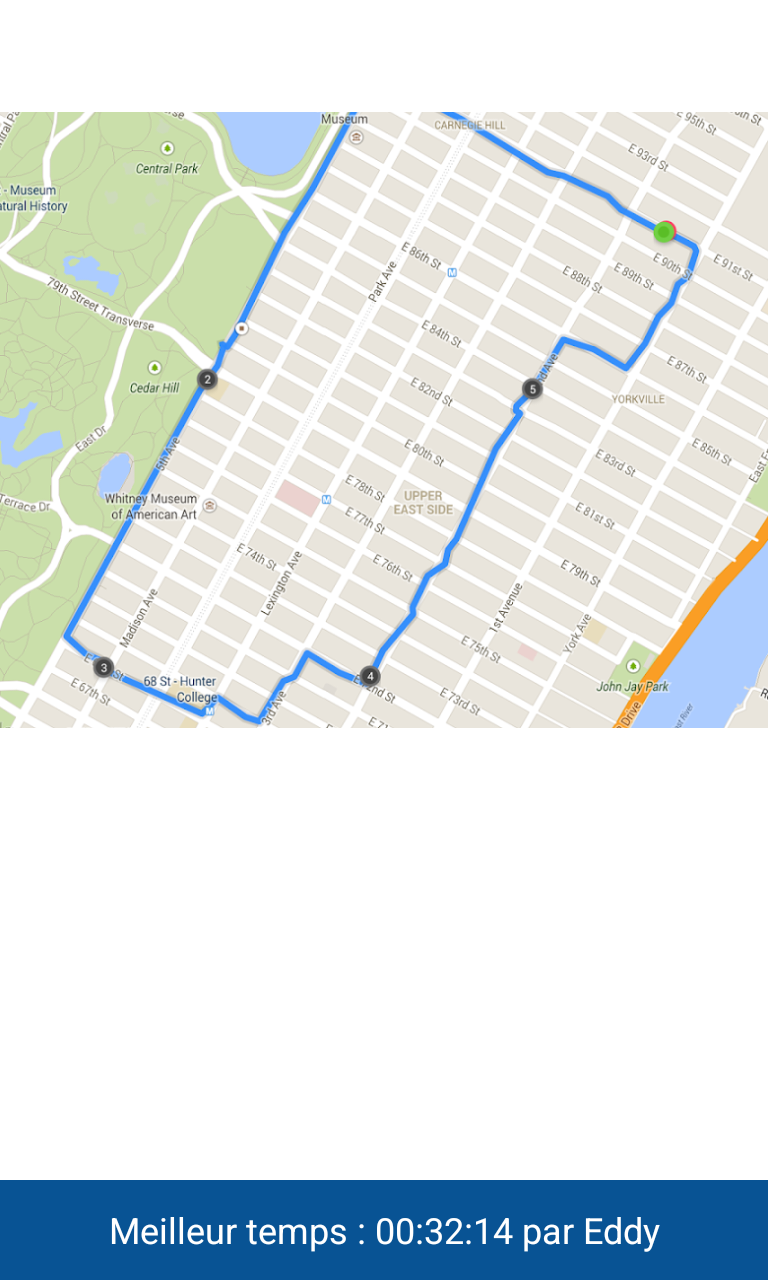
Repository: dekeym/Projet-IHM
Layout: WorkSpace/ChallengeMe/res/layout/fragment_defisterritoire.xml
These files come from the project's save history. The layout is drawn as it stood at one moment and after the next save; the edit follows.
It is drawn on a 768 x 1280 px phone screen (xhdpi) without system bars, with theme android:Theme.Holo.Light.DarkActionBar; the app's code is not run. Lists and similar views that code fills are empty.

Above is the layout before, as saved 2014-12-18 20:15:25.

### WorkSpace/ChallengeMe/res/layout/fragment_defisterritoire.xml
<?xml version="1.0" encoding="utf-8"?>
<RelativeLayout xmlns:android="http://schemas.android.com/apk/res/android"
    android:id="@+id/RelativeLayout1"
    android:layout_width="match_parent"
    android:layout_height="match_parent" >

    <ImageView
        android:id="@+id/defTerritoireimageView1"
        android:layout_width="520dp"
        android:layout_height="420dp"
        android:layout_alignParentLeft="true"
        android:layout_alignParentTop="true"
        android:src="@drawable/map" />

    <TextView
        android:id="@+id/defTerritoiretextView1"
        android:layout_width="520dp"
        android:layout_height="50dp"
        android:layout_alignParentBottom="true"
        android:layout_alignParentLeft="true"
        android:background="#085394"
        android:gravity="center"
        android:text="Meilleur temps : 00:32:14 par Eddy"
        android:textAppearance="?android:attr/textAppearanceMedium"
        android:textColor="@android:color/white" />

    <TextView
        android:id="@+id/defTerritoireBarre"
        android:layout_width="match_parent"
        android:layout_height="50dp"
        android:layout_alignParentRight="true"
        android:layout_below="@+id/defTerritoireclub"
        android:layout_marginTop="14dp"
        android:layout_toRightOf="@+id/defTerritoireimageView1"
        android:background="#333333"
        android:gravity="center"
        android:text="Liste des défis du territoire"
        android:textAppearance="?android:attr/textAppearanceMedium"
        android:textColor="@android:color/white"
        android:textSize="14sp" />

    <ListView
        android:id="@+id/deflistTerritoire"
        android:layout_width="match_parent"
        android:layout_height="wrap_content"
        android:layout_alignParentRight="true"
        android:layout_below="@+id/defTerritoireBarre"
        android:layout_toRightOf="@+id/defTerritoireimageView1" >

    </ListView>

    <ImageView
        android:id="@+id/defTerritoireclub"
        android:layout_width="100dp"
        android:layout_height="100dp"
        android:layout_alignLeft="@+id/defTerritoireBarre"
        android:layout_alignParentTop="true"
        android:layout_marginLeft="49dp"
        android:layout_marginTop="13dp"
        android:src="@drawable/club" />

    <LinearLayout
        android:id="@+id/defTerritoireLinearLayout1"
        android:layout_width="180dp"
        android:layout_height="75dp"
        android:layout_alignTop="@+id/defTerritoireclub"
        android:layout_marginLeft="49dp"
        android:layout_marginTop="10dp"
        android:layout_toRightOf="@+id/defTerritoireclub"
        android:background="#085394"
        android:gravity="center"
        android:orientation="vertical" >

        <TextView
            android:id="@+id/defTerritoiretextView2"
            android:layout_width="wrap_content"
            android:layout_height="wrap_content"
            android:text="05"
            android:textAppearance="?android:attr/textAppearanceLarge"
            android:textColor="#ffffff"
            android:textStyle="bold" />

        <TextView
            android:id="@+id/defTerritoiretextView3"
            android:layout_width="wrap_content"
            android:layout_height="wrap_content"
            android:text="Territoires contrôlés"
            android:textAppearance="?android:attr/textAppearanceSmall"
            android:textColor="#ffffff" />
    </LinearLayout>

</RelativeLayout>

After the next save:
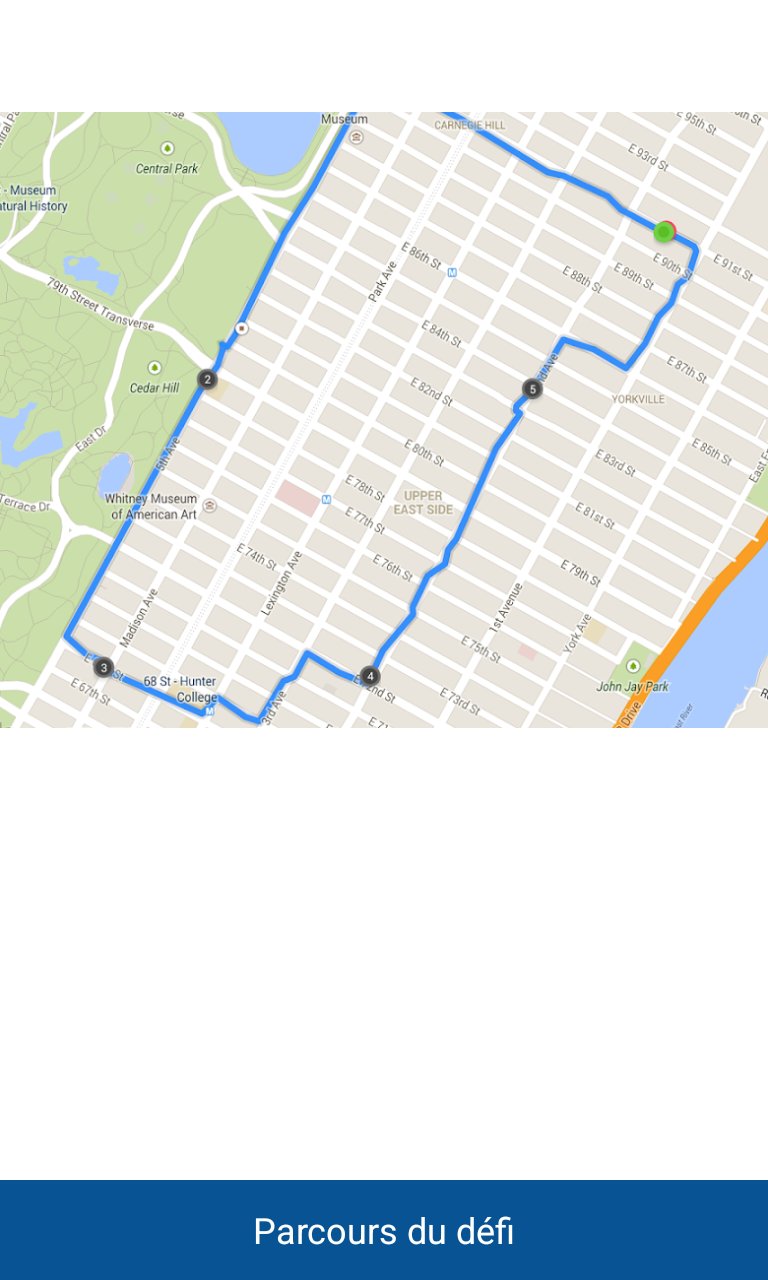
Saved 102 s later.
--- a/WorkSpace/ChallengeMe/res/layout/fragment_defisterritoire.xml
+++ b/WorkSpace/ChallengeMe/res/layout/fragment_defisterritoire.xml
@@ -20,7 +20,7 @@
         android:layout_alignParentLeft="true"
         android:background="#085394"
         android:gravity="center"
-        android:text="Meilleur temps : 00:32:14 par Eddy"
+        android:text="Parcours du défi"
         android:textAppearance="?android:attr/textAppearanceMedium"
         android:textColor="@android:color/white" />
 
